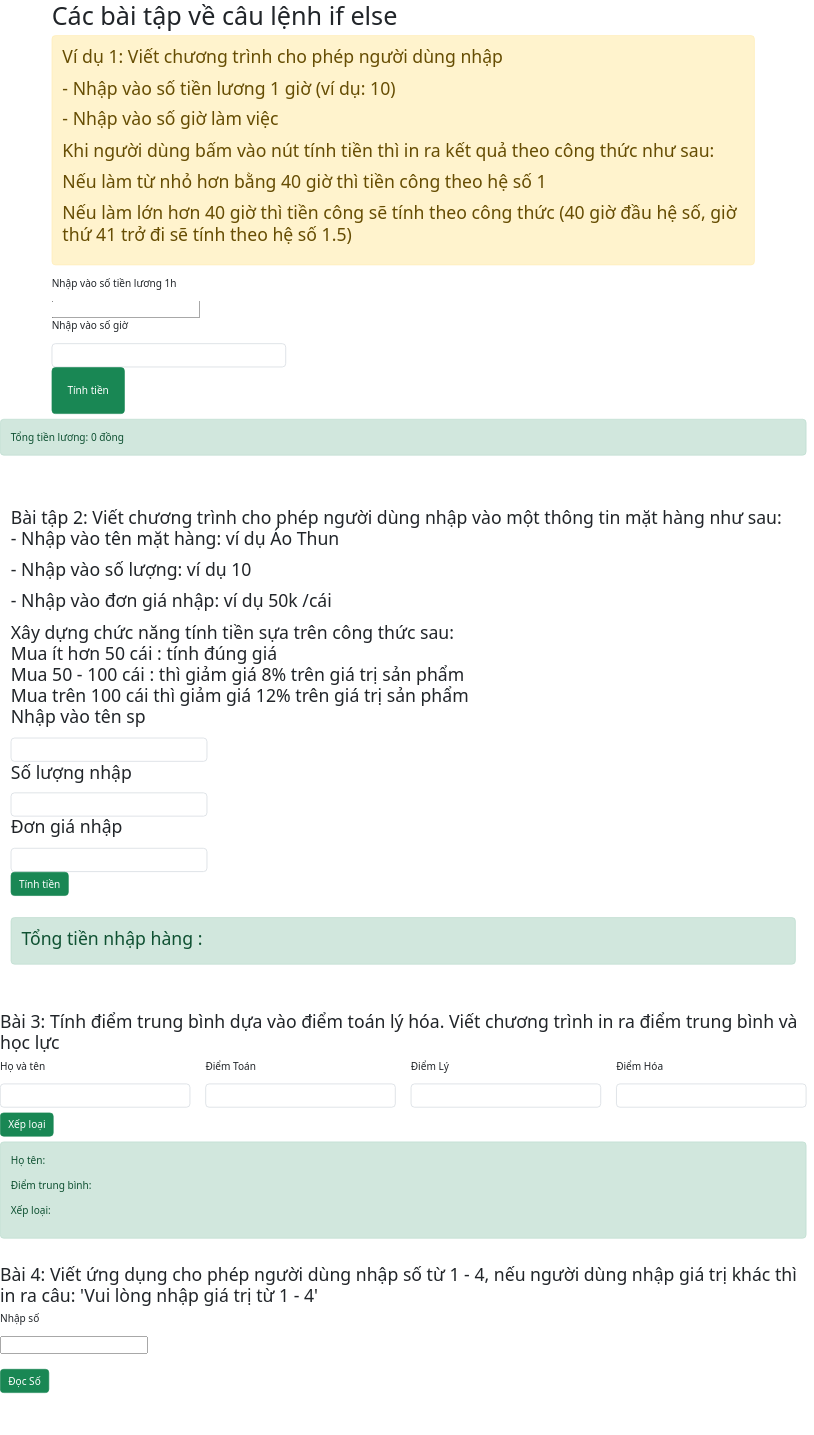
Repository: hcozyph/cyberSoft_JS_fulldocs
Page: JS_4/index.html
The author's editor kept a copy of each file at every save. The page is drawn from the files as they stood at one save, then again after the next save.
The browser window is 1280 px wide. The page is 1292 px wide, so the pictures cover 1292 px, including what lies to the right of the window. The pictures show the whole page, at 63% of full size.

Above is the page before, as saved 2023-02-05 09:59:32.

After the next save:
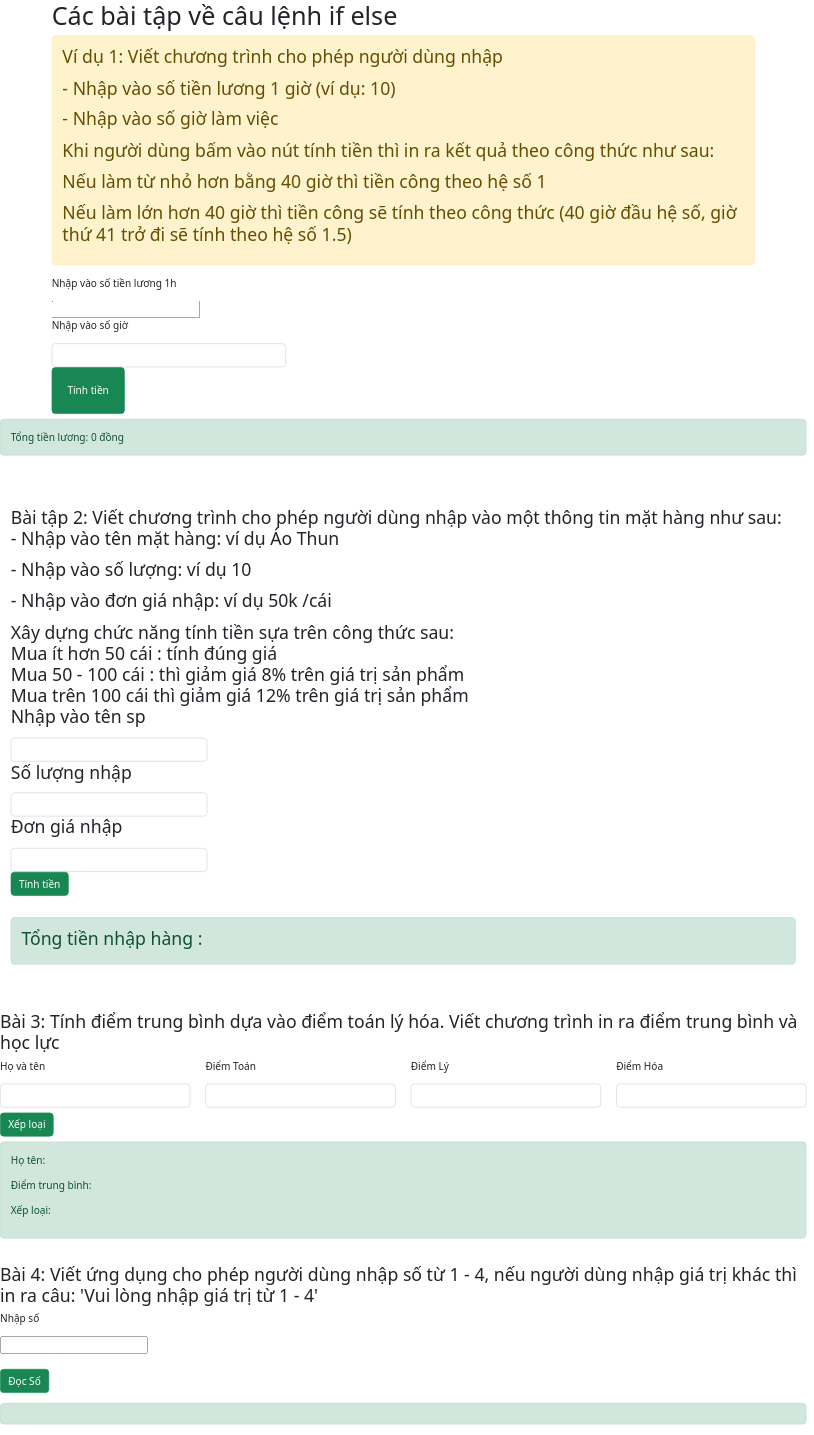
Saved 7 s later.
--- a/JS_4/index.html
+++ b/JS_4/index.html
@@ -205,7 +205,7 @@
         </div>
 
         <div
-            class="alert alert-morning text-light my-3"
+            class="alert alert-success text-light my-3"
             id="output-doc-so"
         ></div>
 
